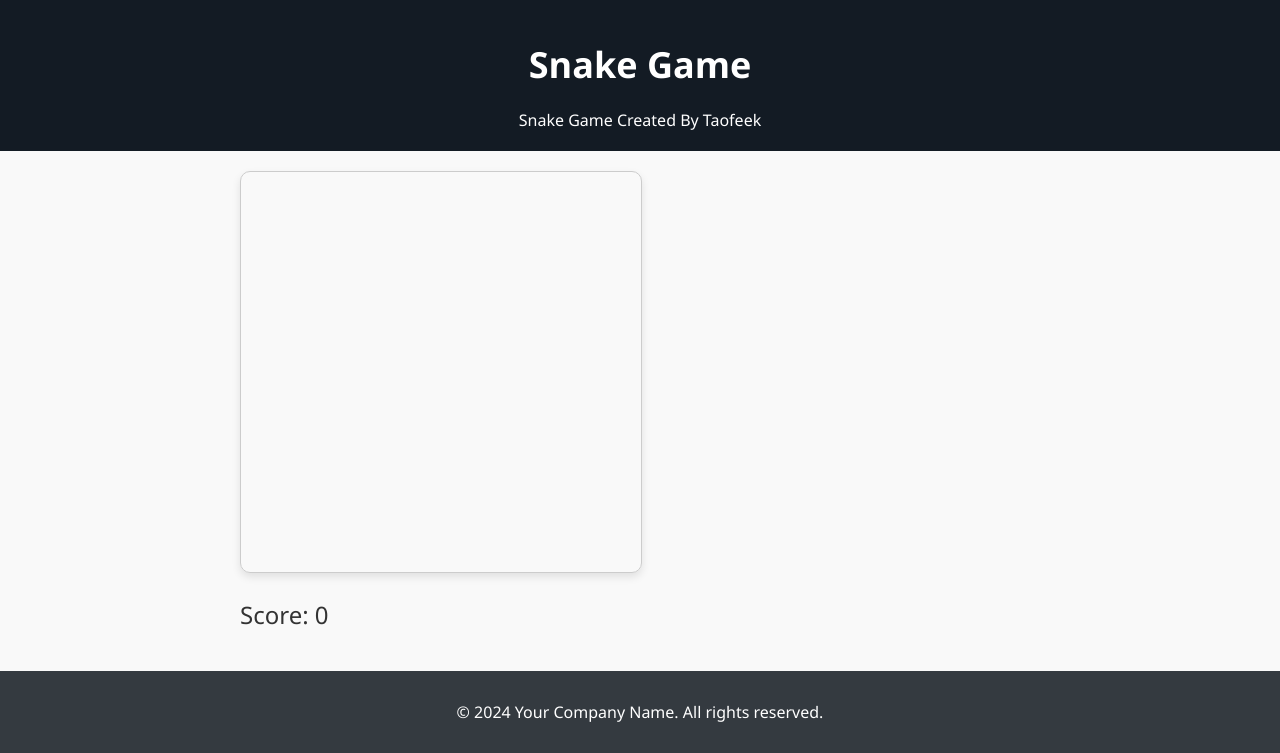
Repository: Taofeekolusola/Landing-page
Page: index.html
These files come from the project's save history. The page is drawn as it stood at one moment and after the next save; the edit follows.
The browser window is 1280 px wide. The pictures show the whole page.

Above is the page before, as saved 2024-05-06 18:05:47.
Not found: script.js

After the next save:
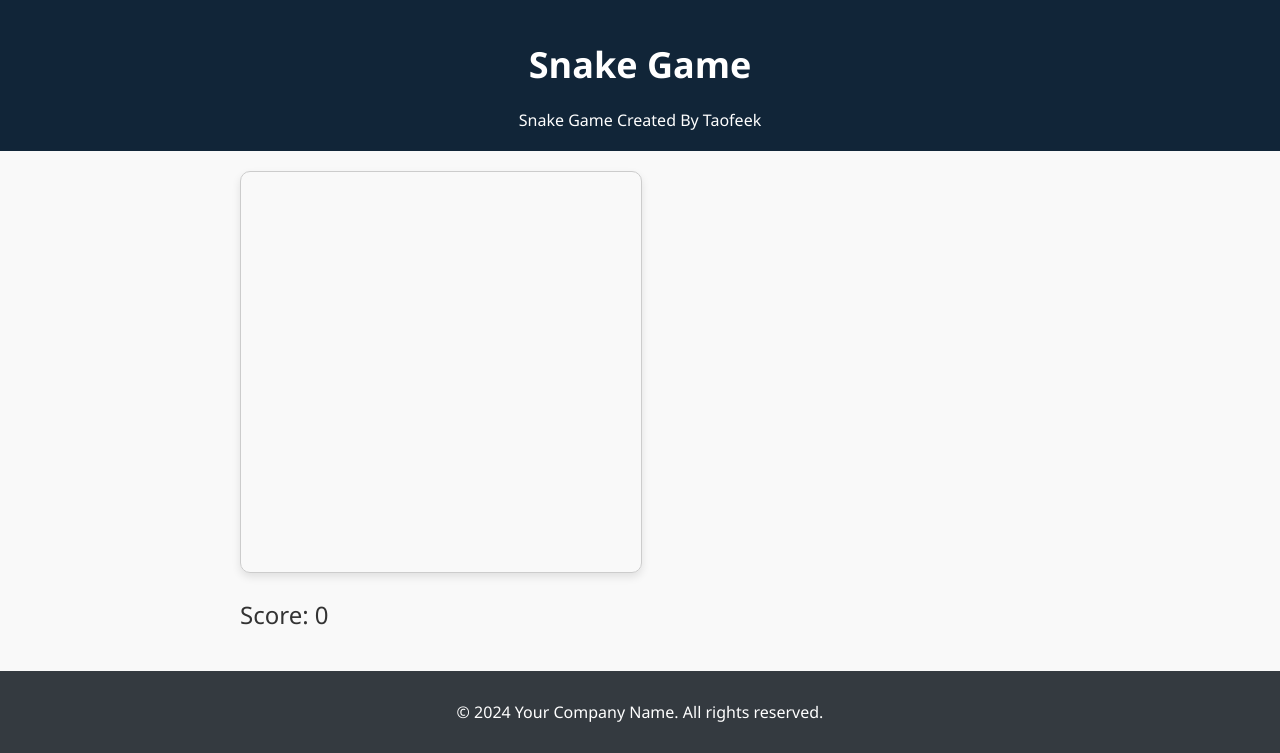
Saved 14 s later.
--- a/styles.css
+++ b/styles.css
@@ -16,7 +16,7 @@ body {
 }
 
 header {
-    background-color: #131b24;
+    background-color: #112538;
     color: #fff;
     text-align: center;
     padding: 20px 0;
